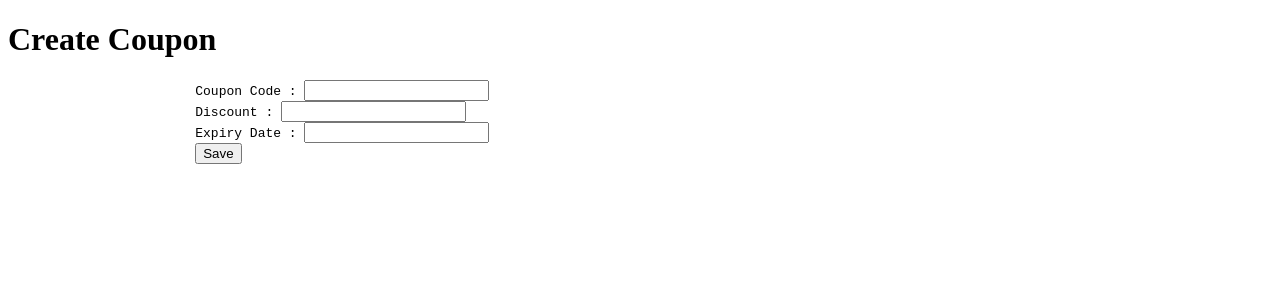
Repository: amitshinde1911/TD-Java-Training
Page: http://localhost/candpapp/createCoupon.jsp
The author's editor kept a copy of each file at every save. The page is drawn from the files as they stood at one save, then again after the next save.
The browser window is 1280 px wide. The pictures show the whole page.
The page is served by Tomcat 9.

Above is the page before, as saved 2024-12-08 07:43:46.

After the next save:
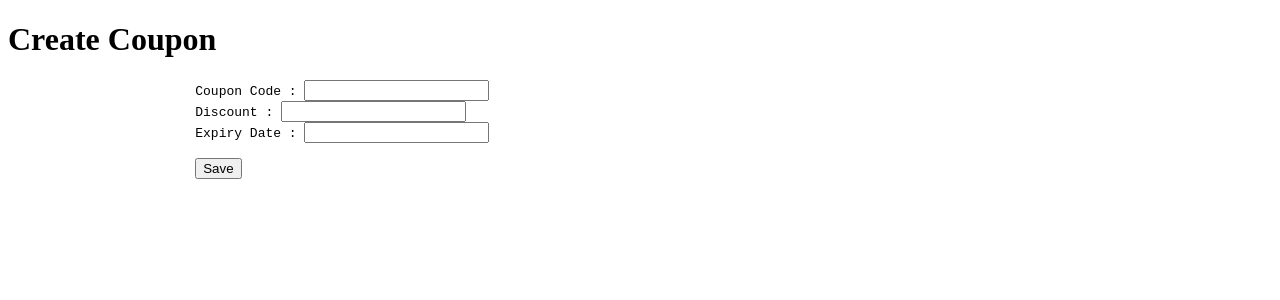
Saved 78 s later.
--- a/JDBC,Servlet and JSP/candpapp/src/main/webapp/createCoupon.jsp
+++ b/JDBC,Servlet and JSP/candpapp/src/main/webapp/createCoupon.jsp
@@ -13,6 +13,7 @@
 			Coupon Code : <input type="text" name="couponCode">
 			Discount : <input type="text" name="discount">
 			Expiry Date : <input type="text" name="expiryDate">
+			<input type="hidden" name="action" value="create">
 			<input type="submit" value="Save">
 
 		</pre>
